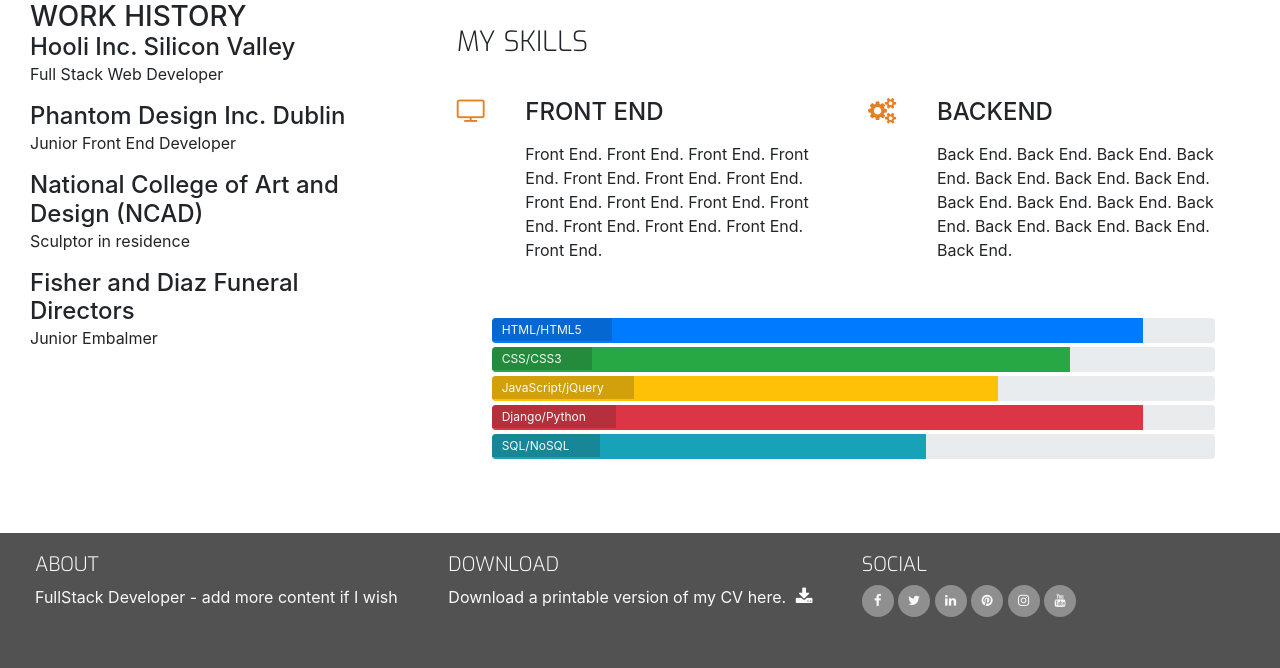
Repository: JustWhiteGit/Rosies-Resume
Page: resume.html
The author's editor kept a record of every edit. The page is drawn from the files as they stood at one moment, then again after the next edit.
The browser window is 1280 px wide. The pictures show the part of the page from y = 369 to 1037 px (the page is 1037 px tall).

Above is the page before.

After the next edit:
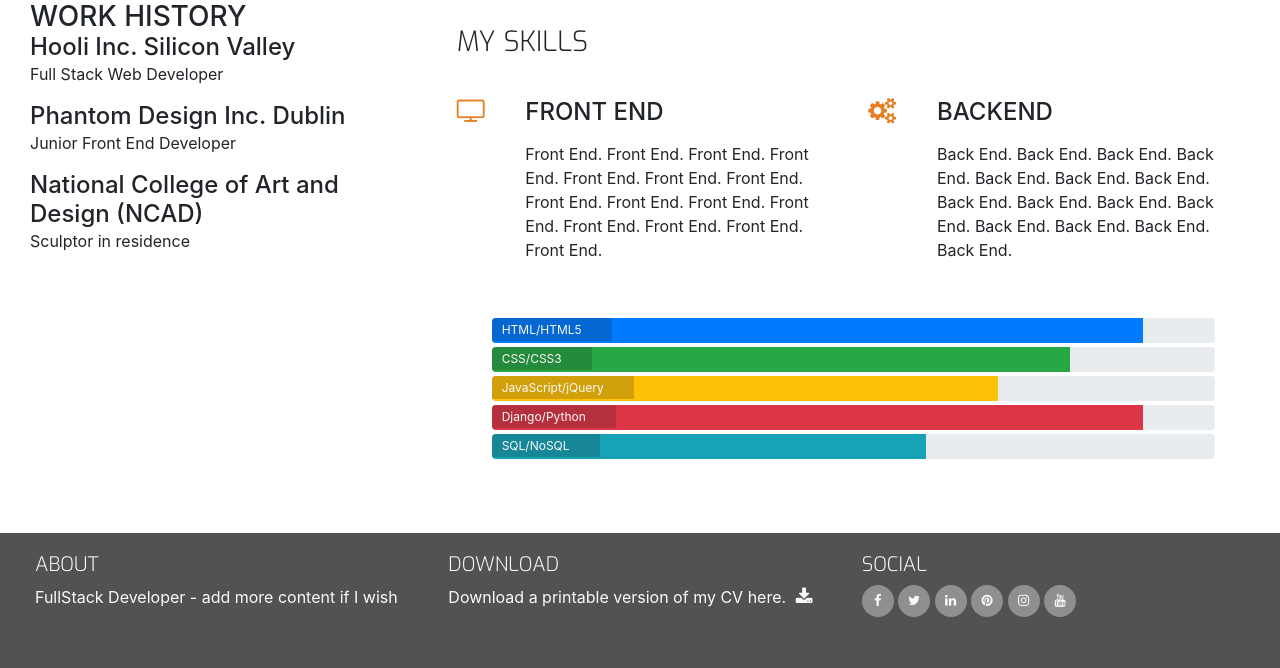
The edit:
--- a/resume.html
+++ b/resume.html
@@ -69,10 +69,7 @@
                         <h4>National College of Art and Design (NCAD)</h4>
                         <p>Sculptor in residence</p>
                     </div>
-                    <div class="timeline-item" data-dates="04/2004 - 06/2008">
-                        <h4>Fisher and Diaz Funeral Directors</h4>
-                        <p>Junior Embalmer</p>
-                    </div>
+
 
                 </div>
             </div>
